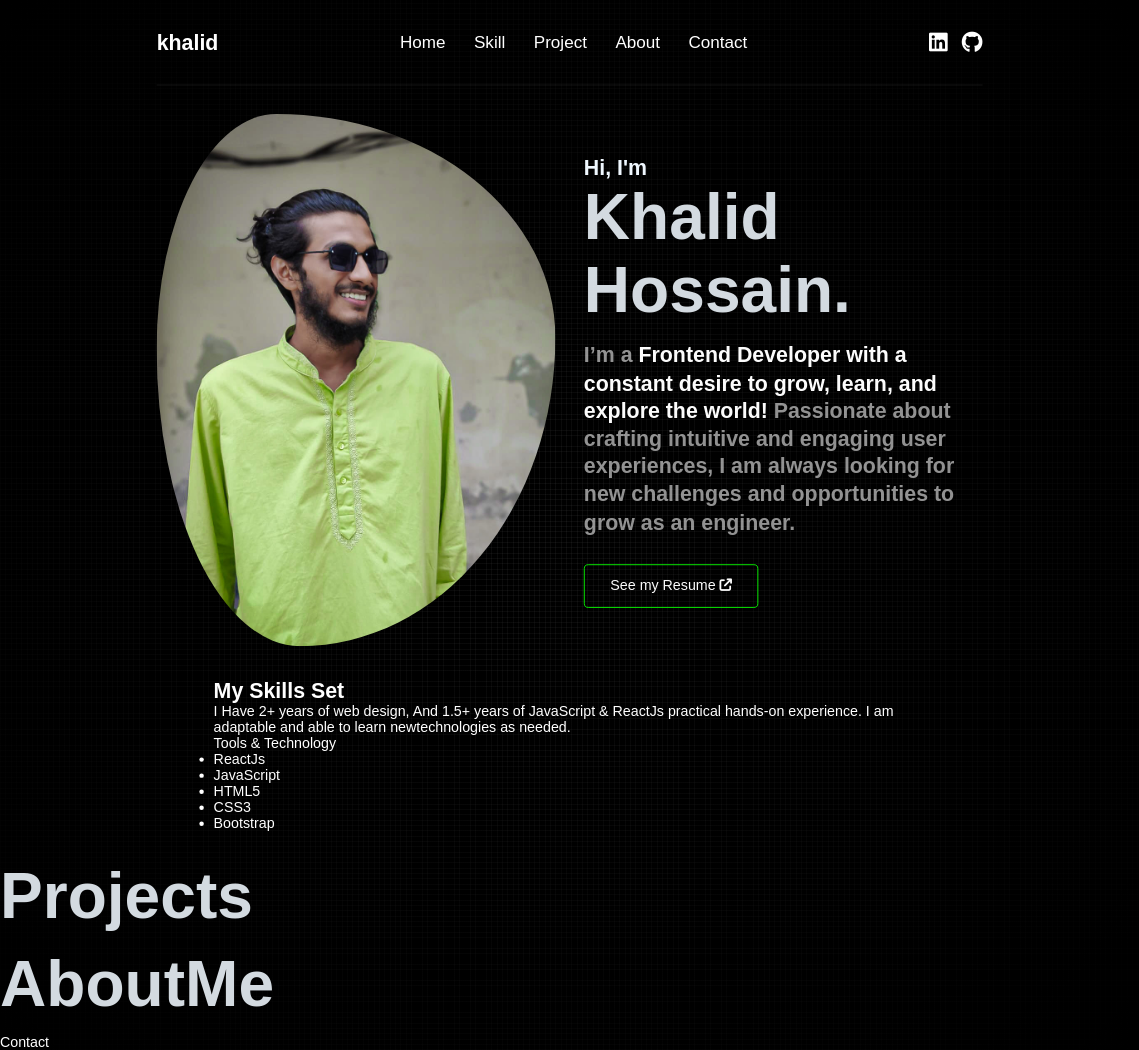
Repository: badhon252/my-portfolio
Page: /
These files come from the project's save history. The page is drawn as it stood at one moment and after the next save; the edit follows.
The browser window is 1280 px wide. The pictures show the whole page, at 89% of full size.
The project was rebuilt for these pictures with package versions that can differ from the ones it lists, and the page was loaded fresh each time. Also part of the build but not shown: src/Components/Home/Header/Navbar/Navs/LinkedIn/LinkedIn.module.css, src/Components/Home/Header/Navbar/Navs/GitHub/Github.module.css.

Above is the page before, as saved 2023-01-16 14:30:28.

After the next save:
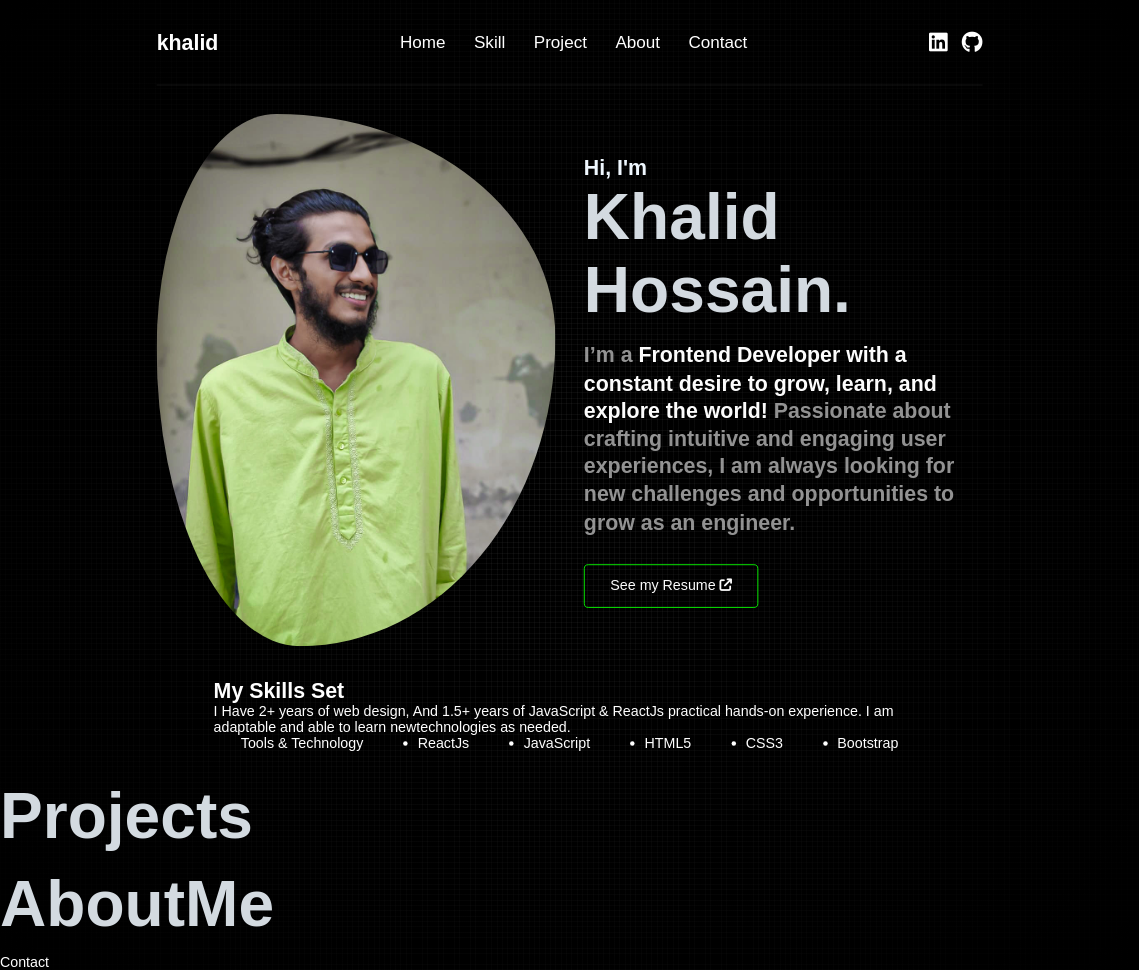
Saved 4 s later.
--- a/src/Components/Home/Skill/Skill.css
+++ b/src/Components/Home/Skill/Skill.css
@@ -2,4 +2,10 @@
     text-align: center;
 }
 
-.skills {}
+.skills {
+    display: flex;
+    flex-direction: row;
+    justify-content: space-around;
+    align-items: center;
+    flex-wrap: wrap;
+}
